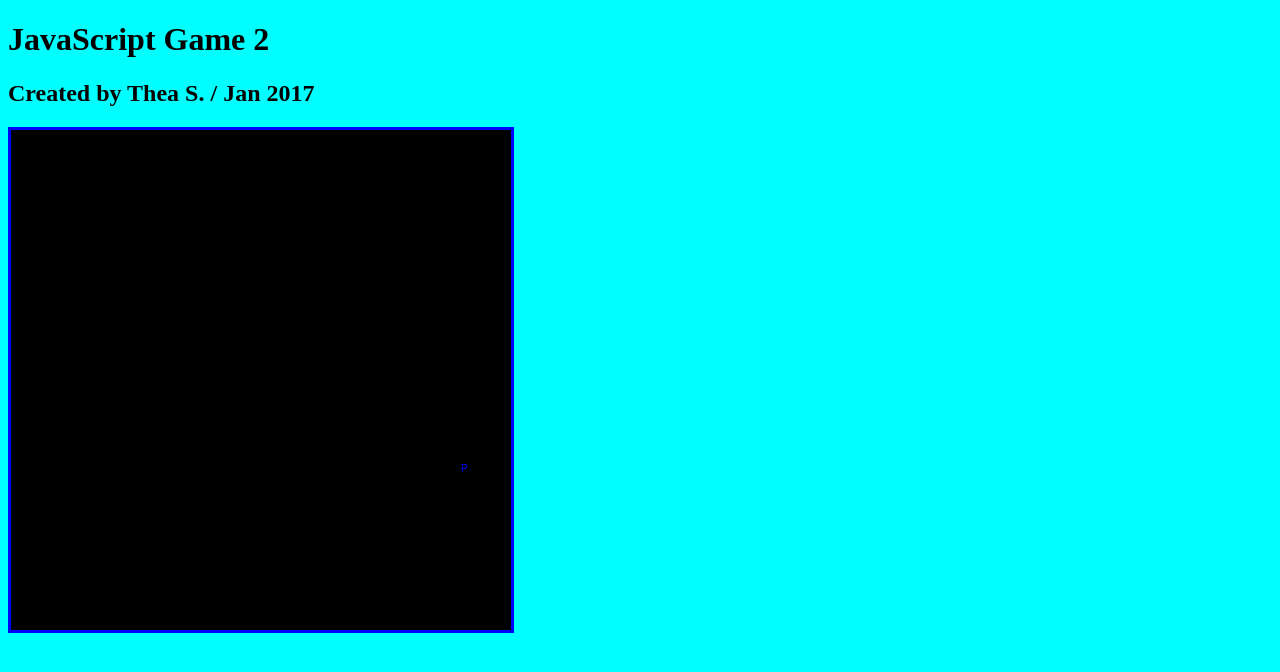
Repository: m-rabbit/b1_sukianto_code
Page: websites/JS_Game_02/index.html
The author's editor kept a copy of each file at every save. The page is drawn from the files as they stood at one save, then again after the next save.
The browser window is 1280 px wide. The pictures show the whole page.

Above is the page before, as saved 2017-02-15 15:37:32.
Console error: ReferenceError: drawEntity is not defined

After the next save:
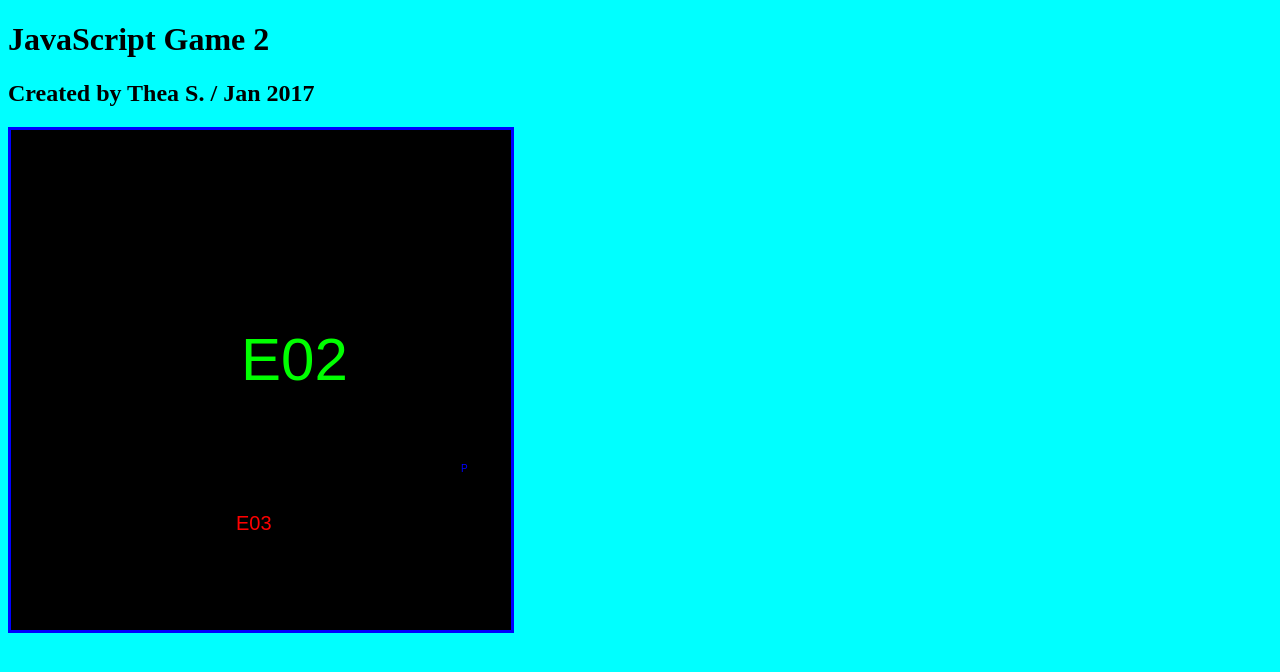
The error is gone.
Saved 33 s later.
--- a/websites/JS_Game_02/js/gametwo.js
+++ b/websites/JS_Game_02/js/gametwo.js
@@ -98,10 +98,8 @@ updateEntity = function(something) {
 update = function() {
 	ctx.clearRect(0, 0, ctxWidth, ctxHeight);
 	updateEntity(player);
-	drawEntity(player);
 	for (var key in enemyList) {
 		updateEntity(enemyList[key]);
-		drawEntity(enemyList[key]);
 		//test for collision
 		var isColliding = testCollisionEntity(player,enemyList[key]);
 		if (isColliding){
